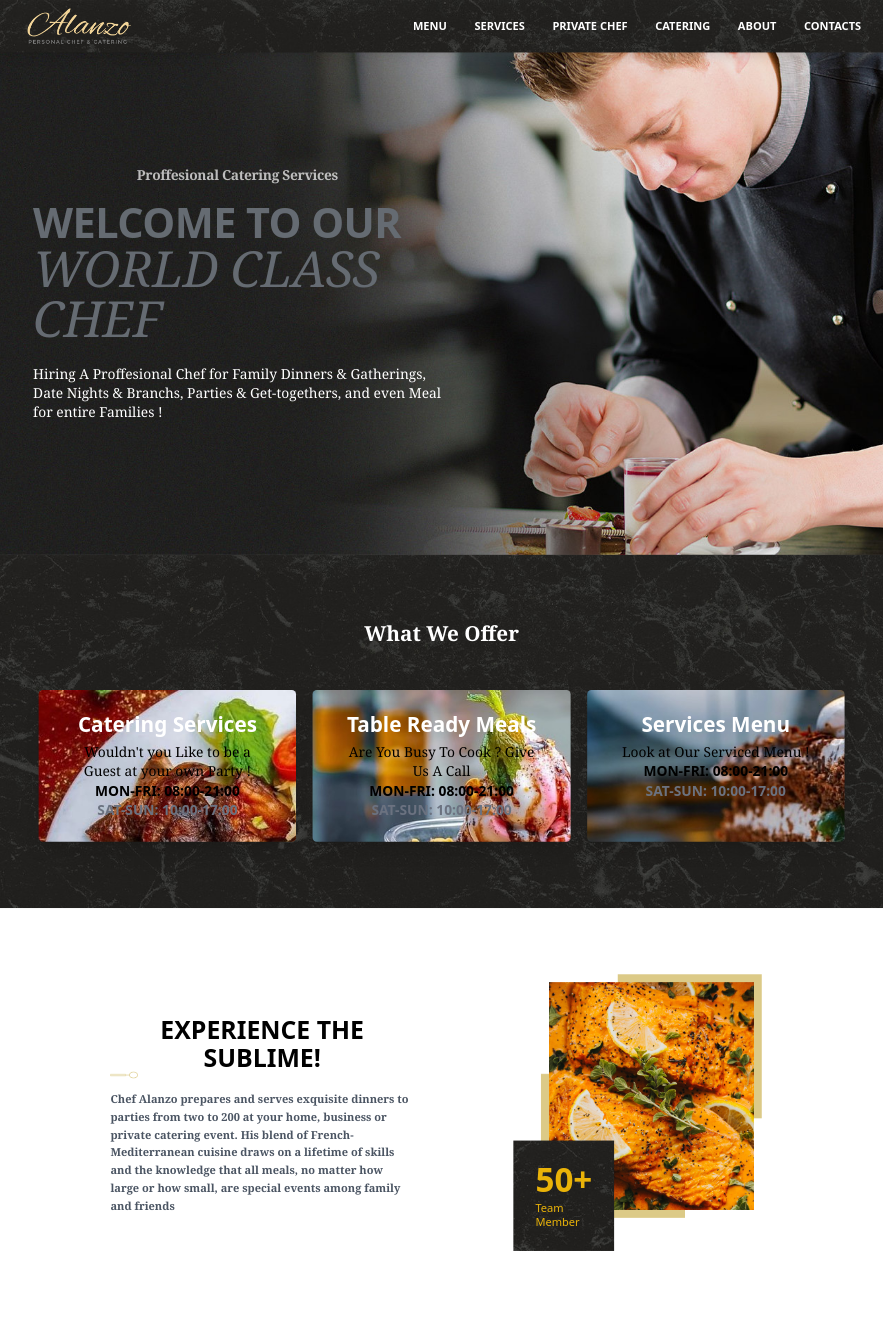
Repository: remydev47/alanzo
Page: /
These files come from the project's save history. The page is drawn as it stood at one moment and after the next save; the edit follows.
The browser window is 1280 px wide. The pictures show the whole page, at 69% of full size.
The project was rebuilt for these pictures with package versions that can differ from the ones it lists, and the page was loaded fresh each time. The framework's server and built-in components were replaced by stand-ins that run in the browser. Also part of the build but not shown: next.config.js, components/Consulting.tsx, components/Catering.tsx, components/Menu.tsx, components/Testimonials.tsx, components/CTA.tsx, components/Footer.tsx.

Above is the page before, as saved 2022-12-17 12:28:42.

After the next save:
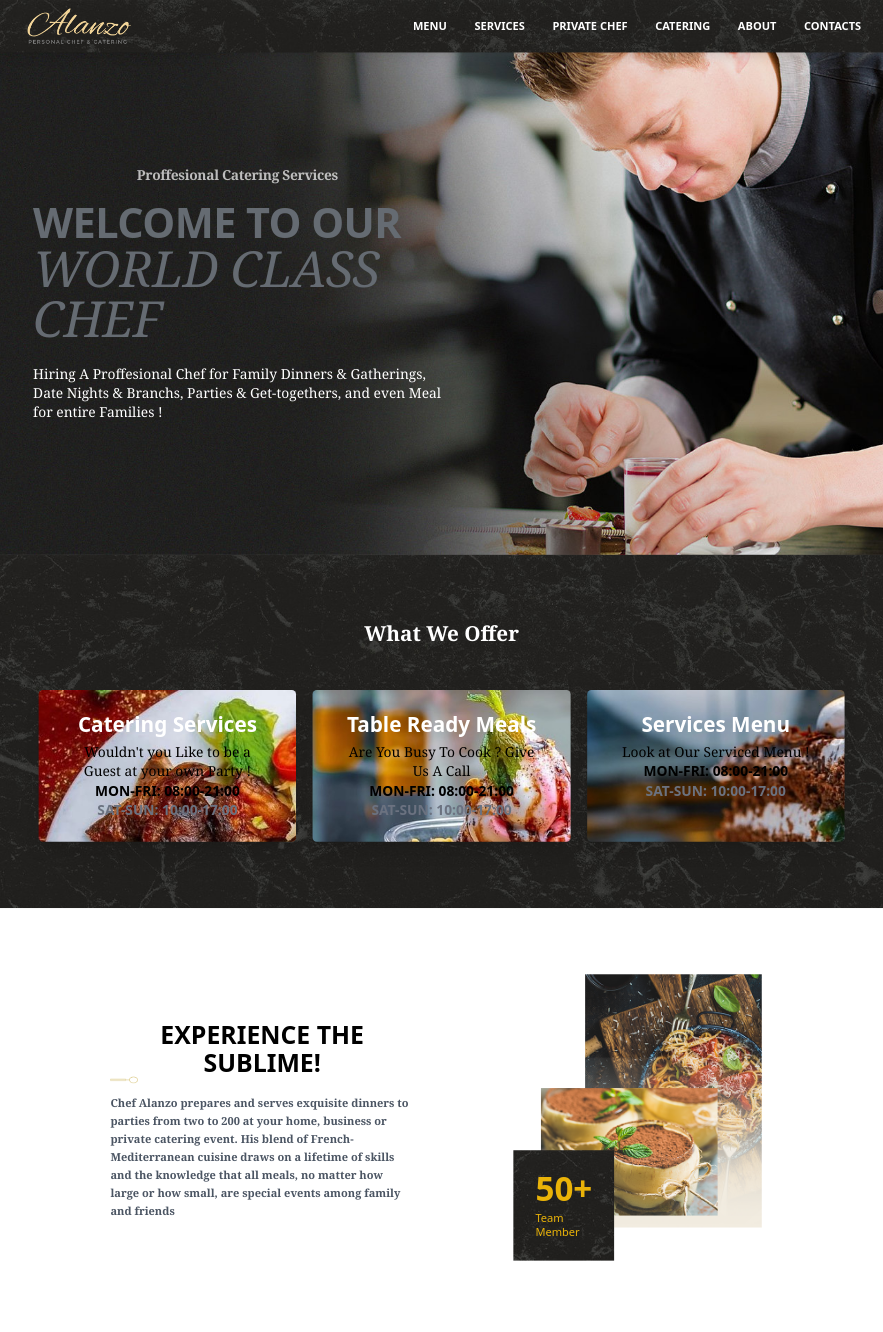
Saved 6 min 15 s later.
--- a/components/Aboutus.tsx
+++ b/components/Aboutus.tsx
@@ -16,7 +16,7 @@ const Aboutus = () => {
           </div>
           <div className=" pl-20 pr-6 sm:pl-6 md:px-0">
                 <div className="relative w-full max-w-xs mt-4 mb-10 ml-auto">
-                 <img className="relative -top-4 -left-4" src="/images/welcome.png" alt="" />
+                 <img className="relative -top-4 -left-4" src="/images/bg-8.png" alt="" />
 
 
 
